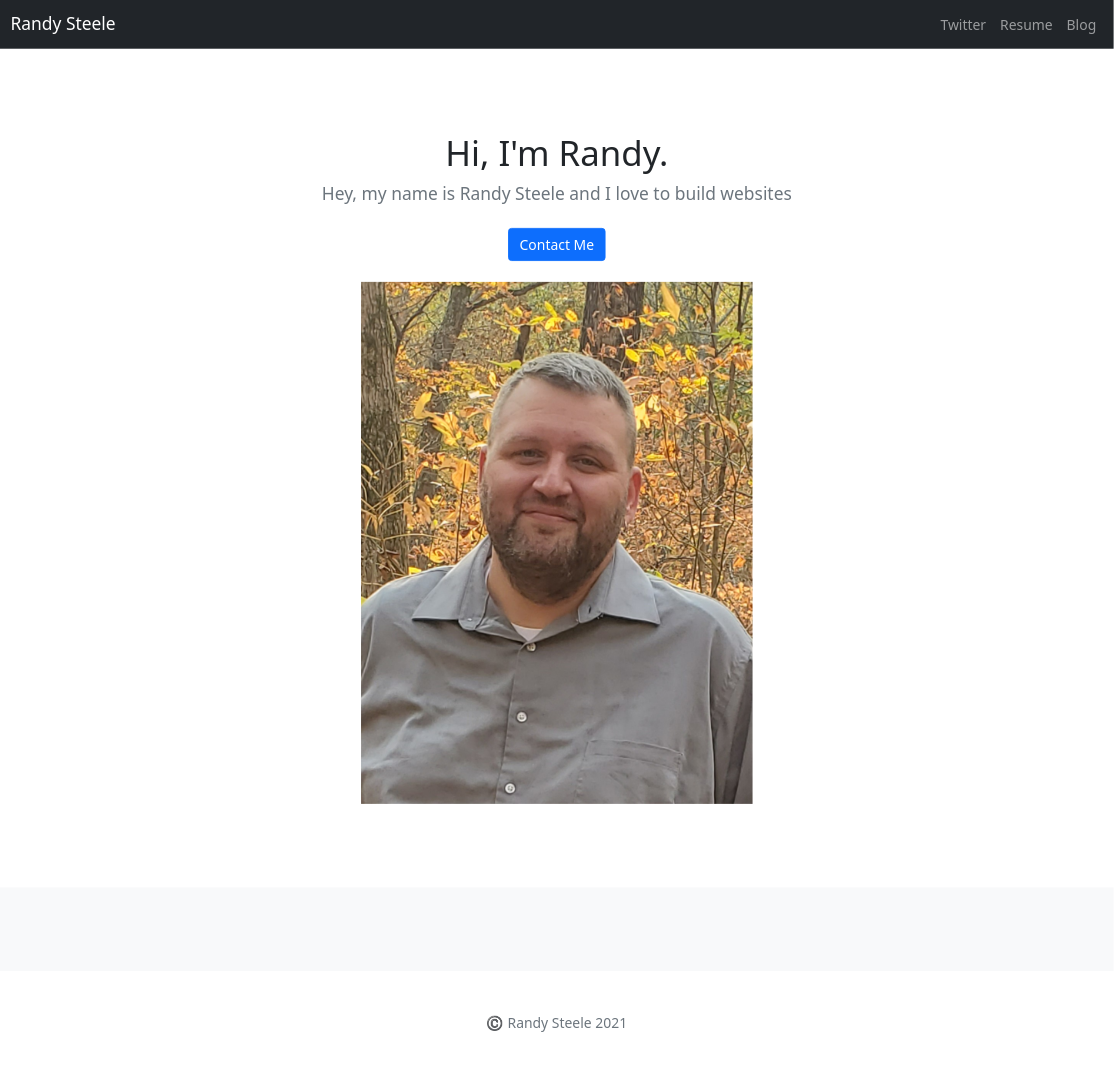
Repository: randysteele/my-portfolio
Page: http://localhost/
The author's editor kept a copy of each file at every save. The page is drawn from the files as they stood at one save, then again after the next save.
The browser window is 1280 px wide. The pictures show the whole page, at 87% of full size.
The page is served by the project's application, run on Django 2.2 (manage.py). Queries for data that is not in the repository find no rows.

Above is the page before, as saved 2021-03-25 17:31:18.

After the next save:
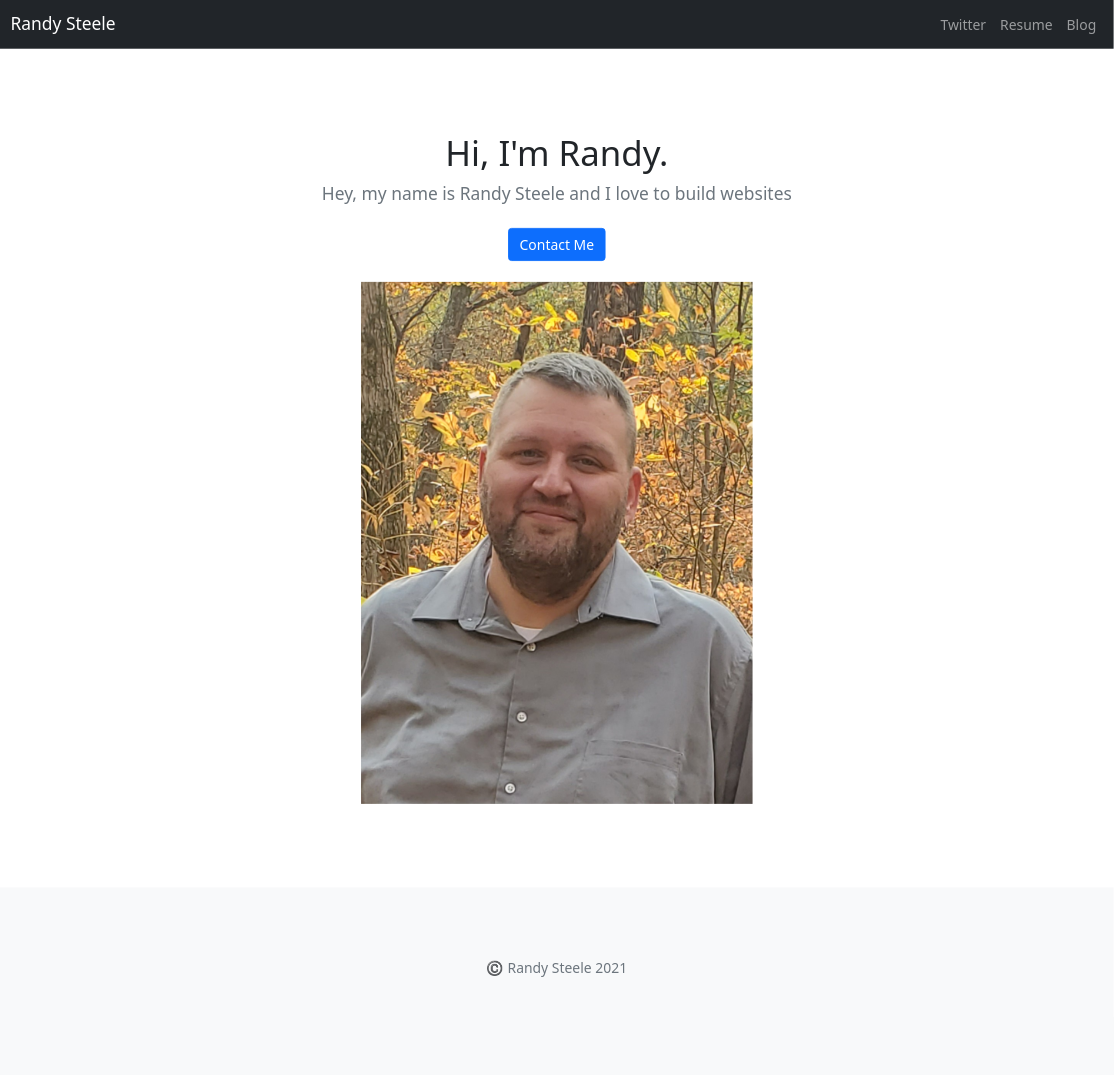
Saved 9 s later.
--- a/django-portfolio/jobs/templates/jobs/home.html
+++ b/django-portfolio/jobs/templates/jobs/home.html
@@ -103,10 +103,9 @@
                           <button type="button" class="btn btn-sm btn-outline-secondary">Edit</button>
                         </div>
                       </div>
-                      {% endfor %}
-
                     </div>
                   </div>
+                  {% endfor %}
                 </div>
     <footer class="text-muted py-5">
         <div class="container text-center">
